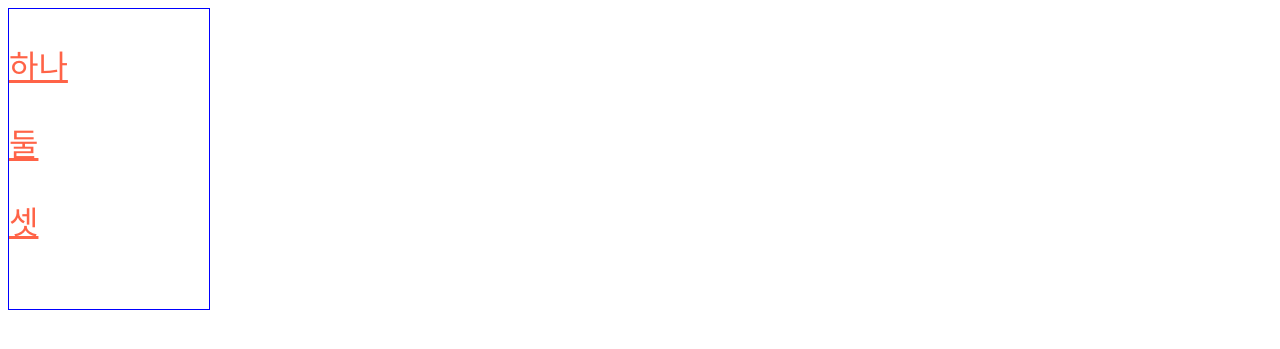
Repository: Baechangho/JavaBasic
Page: workspace_web/Front/src/main/webapp/jquery/jq_10.html
These files come from the project's save history. The page is drawn as it stood at one moment and after the next save; the edit follows.
The browser window is 1280 px wide. The pictures show the whole page.

Above is the page before, as saved 2023-08-09 07:42:27.

### workspace_web/Front/src/main/webapp/jquery/jq_10.html
<!DOCTYPE html>
<html>
<head>
<meta charset="UTF-8">
<title>Insert title here</title>
<script type="text/javascript" src="https://code.jquery.com/jquery-3.7.0.min.js"></script>
<script type="text/javascript">
$(function() {
	var $div = $('div')

	//width 속성
	console.log("width", $div.css("width"))
	//height 속성
	console.log("height", $div.css("height"))
	//border 속성
	console.log("border", $div.css("border"))

	//-------------------------------------------

	//속성인자로 2개를 넣으면 직접 수정한다
	//!important를 설정할 수 없다
	//->잘못된 값을 설정했다고 판단
	//->설정값을 무시한다
	$div.css('width', '200px !important')

	//정상적으로 반영
	$div.css('width', '400px')

	//-------------------------------------------

	//기본 형태의 객체
	//->jQuery에서는 PlainObject 라고 부른다
	//->배열 제외
	//->내장객체 제외
	var obj = {
			'key': 'value'
			,key2: 12345
	}

	console.log(obj)

	//-------------------------------------------

	//스타일 속성들을 PlainObject 형태로 저장하기
	var styleObj = {
			'width': '200px'
			, 'height': '300px'
			, 'border-color': 'blue'
	}

	console.log(styleObj)

	$div.css(styleObj)

	//-------------------------------------------

	$div.css({
		'text-decoration': 'underline'
		, 'color': 'tomato'
		, 'font-size': '2em'


	})


})
</script>
</head>
<body>
<div style="width: 300px; height: 200px !important; border: 1px solid #ccc;">
	<p>하나</p>
	<p>둘</p>
	<p>셋</p>
</div>

</body>
</html>

After the next save:
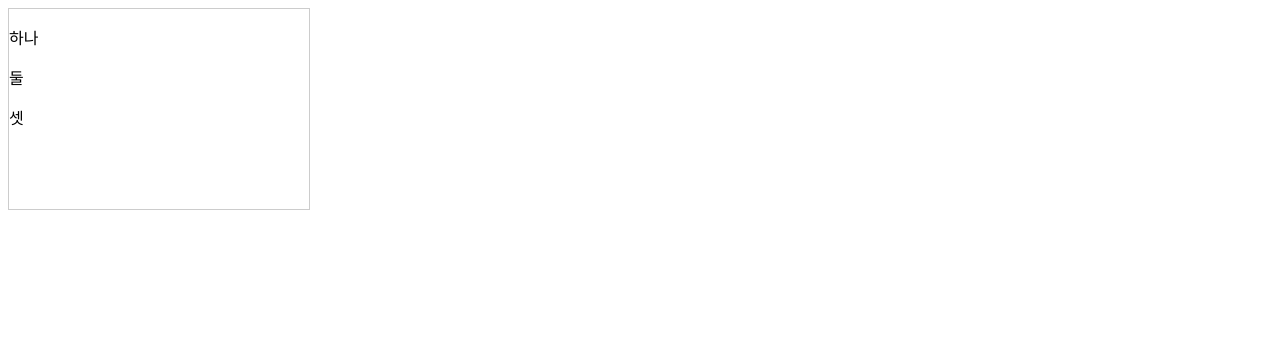
Console error: SyntaxError: Unexpected token '-'
Saved 28 s later.
--- a/workspace_web/Front/src/main/webapp/jquery/jq_10.html
+++ b/workspace_web/Front/src/main/webapp/jquery/jq_10.html
@@ -58,6 +58,7 @@
 		'text-decoration': 'underline'
 		, 'color': 'tomato'
 		, 'font-size': '2em'
+		, text-align: 'center'
 
 
 	})

After the save that followed:
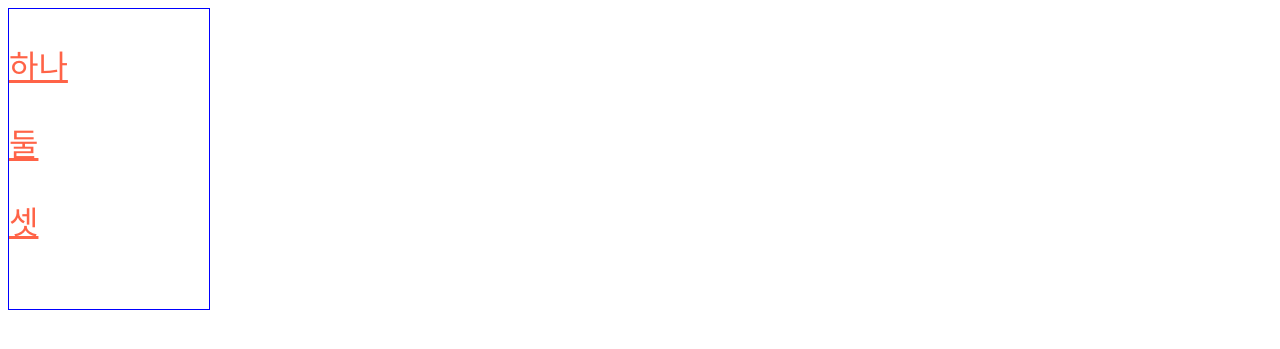
The error is gone.
Saved 12 s later.
--- a/workspace_web/Front/src/main/webapp/jquery/jq_10.html
+++ b/workspace_web/Front/src/main/webapp/jquery/jq_10.html
@@ -58,7 +58,7 @@
 		'text-decoration': 'underline'
 		, 'color': 'tomato'
 		, 'font-size': '2em'
-		, text-align: 'center'
+		, textalign: 'center'
 
 
 	})
